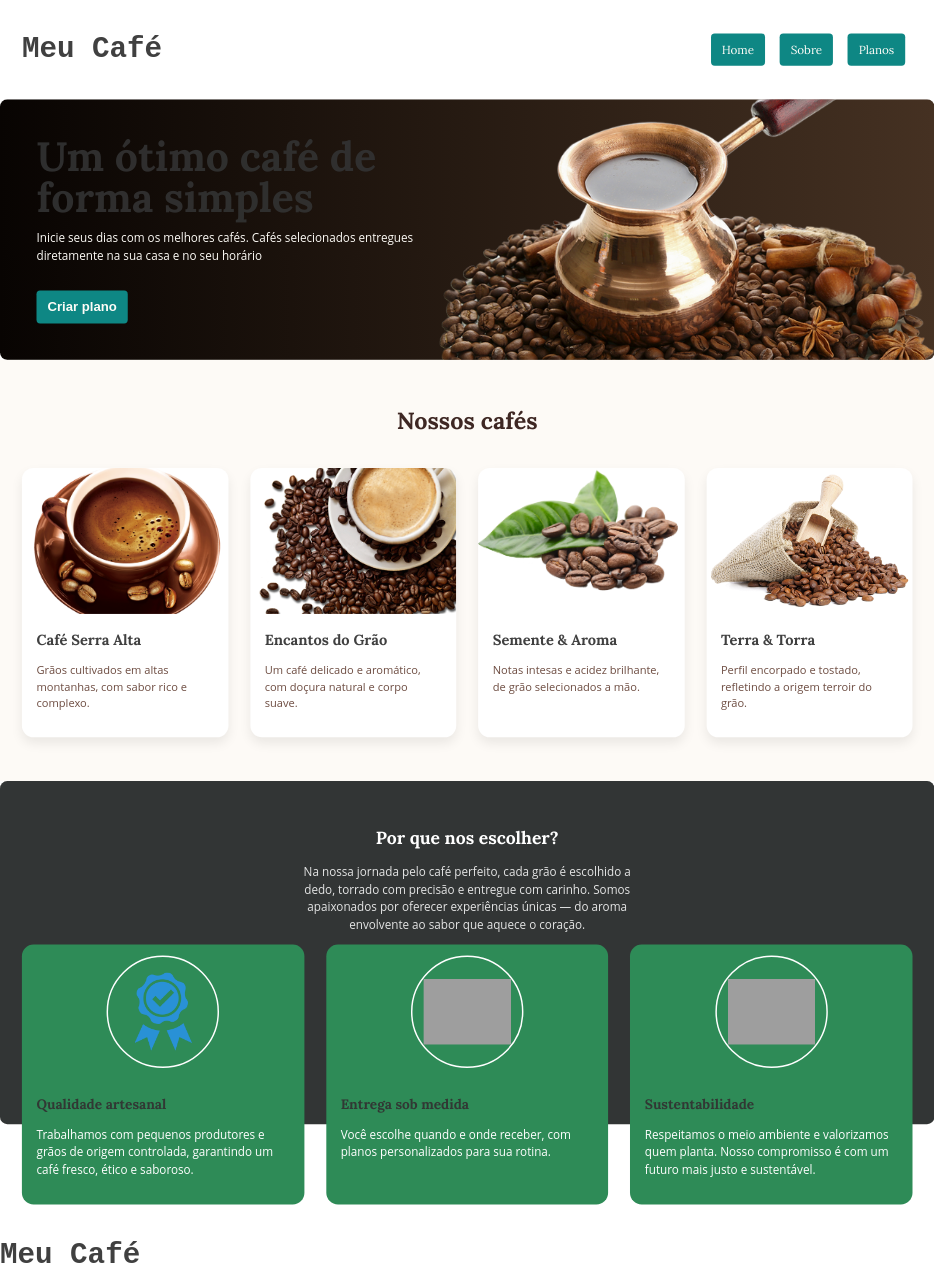
Repository: meiotera/meu_cafe.dev
Page: /
The author's editor kept a copy of each file at every save. The page is drawn from the files as they stood at one save, then again after the next save.
The browser window is 1280 px wide. The pictures show the whole page, at 73% of full size.
Pictures or frames that could not be fetched are drawn as grey boxes. The project was rebuilt for these pictures with package versions that can differ from the ones it lists, and the page was loaded fresh each time. Also part of the build but not shown: vite.config.js, src/Pages/AboutUs.jsx, src/Pages/YourPlane.jsx.

Above is the page before, as saved 2025-04-03 17:07:27.

### src/index.css
@import url('https://fonts.googleapis.com/css2?family=Lora:wght@400;700&display=swap');

:root {
  font-family: 'Lora', sans-serif;
  line-height: 1.5;
  font-weight: 400;
  box-sizing: border-box; /* Mantido */

  color: rgba(255, 255, 255, 0.87);

  font-synthesis: none;
  text-rendering: optimizeLegibility;
  -webkit-font-smoothing: antialiased;
  -moz-osx-font-smoothing: grayscale;
}

a {
  font-weight: 500;
  color: #646cff;
  text-decoration: inherit;
}
a:hover {
  color: #535bf2;
}

h1,
h2,
h3 {
  font-family: 'Lora', sans-serif;
  color: rgba(50, 49, 49, 0.93);
  margin: 0; /* Removido o margin */
}

p {
  font-family: 'Open Sans', sans-serif;
}

body {
  max-width: 1280px;
  margin: 0 auto;
}

### src/App.jsx
import React from 'react';
import { BrowserRouter, Routes, Route } from 'react-router-dom';

import Home from './Pages/Home';
import AboutUs from './Pages/AboutUs';
import YourPlane from './Pages/YourPlane';

import Header from './components/Header/Header';
import Main from './components/Main/Main';
import Footer from './components/Footer/Footer';

function App() {
  return (
    <>
      <BrowserRouter>
        <Header />

        <Main>
          <Routes>
            <Route path="/" element={<Home />} />
            <Route path="/sobre" element={<AboutUs />} />
            <Route path="planos" element={<YourPlane />} />
          </Routes>
        </Main>

        <Footer />
      </BrowserRouter>
    </>
  );
}

export default App;

### src/Pages/Home.jsx
import React from 'react';
import Banner from '../components/Banner/Banner';

import styles from './Home.module.css';
import Card from '../components/Card/Card';

const Home = () => {
  return (
    <>
      <Banner
        titulo={'Um ótimo café de forma simples'}
        imagem={'artesanal'}
        texto={
          'Inicie seus dias com os melhores cafés. Cafés selecionados entregues diretamente na sua casa e no seu horário'
        }
        botao={'Criar plano'}
      />

      <section className={styles.collection}>
        <div className={styles.titulo}>
          <h2>Nossos cafés</h2>
        </div>

        <div className={styles.collectionCards}>
          <Card
            titulo={'Café Serra Alta'}
            paragrafo={
              'Grãos cultivados em altas montanhas, com sabor rico e complexo.'
            }
            imagem={'serraalta'}
          />

          <Card
            titulo={'Encantos do Grão'}
            paragrafo={
              'Um café delicado e aromático, com doçura natural e corpo suave.'
            }
            imagem={'encantos'}
          />

          <Card
            titulo={'Semente & Aroma'}
            paragrafo={
              'Notas intesas e acidez brilhante, de grão selecionados a mão.'
            }
            imagem={'sementeearoma'}
          />

          <Card
            titulo={'Terra & Torra'}
            paragrafo={
              ' Perfil encorpado e tostado, refletindo a origem terroir do grão.'
            }
            imagem={'terraetorra'}
          />
        </div>
      </section>

      <section className={styles.porque}>
        <div className={styles.porqueCardsContainer}>
          <div className={styles.descricao}>
            <h2>Por que nos escolher?</h2>

            <p>
              Na nossa jornada pelo café perfeito, cada grão é escolhido a dedo,
              torrado com precisão e entregue com carinho. Somos apaixonados por
              oferecer experiências únicas — do aroma envolvente ao sabor que
              aquece o coração.
            </p>
          </div>
          <div className={styles.collectionCards}>
            <Card
              cardDestaque={styles.cardDestaque}
              imgClassName={styles.imgContainer}
              textoClassName={styles.textoBranco}
              circular={true}
              titulo={'Qualidade artesanal'}
              paragrafo={
                'Trabalhamos com pequenos produtores e grãos de origem controlada, garantindo um café fresco, ético e saboroso.'
              }
              imagem={'quality'}
            />

            <Card
              cardDestaque={styles.cardDestaque}
              imgClassName={styles.imgContainer}
              textoClassName={styles.textoBranco}
              circular={true}
              titulo={'Entrega sob medida'}
              paragrafo={
                'Você escolhe quando e onde receber, com planos personalizados para sua rotina.'
              }
              imagem={'delivery'}
            />

            <Card
              cardDestaque={styles.cardDestaque}
              imgClassName={styles.imgContainer}
              textoClassName={styles.textoBranco}
              circular={true}
              titulo={'Sustentabilidade'}
              paragrafo={
                'Respeitamos o meio ambiente e valorizamos quem planta. Nosso compromisso é com um futuro mais justo e sustentável.'
              }
              imagem={'natur'}
            />
          </div>
        </div>
      </section>
    </>
  );
};

export default Home;

### src/components/Header/Header.jsx
import React from 'react';

import styles from './Header.module.css';
import NavBar from '../NavBar/NavBar';
import Banner from '../Banner/Banner';

const Header = () => {
  return (
    <header className={styles.header}>
      <h1 className={styles.titulo}>Meu Café</h1>

      <NavBar />
    </header>
  );
};

export default Header;

### src/components/Main/Main.jsx
import React from 'react';

const Main = ({ children }) => {
  return <main>{children}</main>;
};

export default Main;

### src/components/Footer/Footer.jsx
import React from 'react';
import styles from './Footer.module.css';

const Footer = () => {
  return (
    <footer>
      <h1 className={styles.titulo}>Meu Café</h1>
    </footer>
  );
};

export default Footer;

### src/components/Banner/Banner.jsx
import React from 'react';

import styles from './Banner.module.css';

const Banner = ({ titulo, texto, botao }) => {
  return (
    <div className={styles.banner}>
      <div className={styles.containerText}>
        <h2>{titulo}</h2>

        <p>{texto}</p>
        {botao && <button className={styles.button}>{botao}</button>}
      </div>
    </div>
  );
};

export default Banner;

### src/Pages/Home.module.css
.collection,
.porque {
  padding: 60px 30px;
  background-color: #fdfaf6;
}

.porque {
  border-radius: 10px;
  padding: 0;
}

.porqueCardsContainer {
  background-color: rgb(50, 53, 53);
  border-radius: 10px;
  height: 350px;
  padding: 60px 30px;
}

.porque .descricao h2 {
  color: #fff;
}

.descricao {
  text-align: center;
  max-width: 450px;
  margin: 0 auto;
}

.titulo h2 {
  font-size: 2rem;
  text-align: center;
  margin-bottom: 40px;
  color: #3e2723;
}

.collectionCards {
  display: grid;
  grid-template-columns: repeat(auto-fit, minmax(200px, 1fr));
  gap: 30px;
  justify-items: center;
}

/* Estilo para ícone ou imagem circular */
.cardDestaque {
  background-color: seagreen;
  border-radius: 16px;

  color: #fdfaf6;
}

.imgContainer {
  height: 150px;
  width: 150px;
  overflow: hidden;
  display: flex;
  justify-content: center;
  align-items: center;
  border: 2px solid #fff;
  margin: 15px auto;
  border-radius: 50%;
}

.textoBranco {
  color: #fff !important;
  padding: 20px;
}

.cardDestaque .imgContainer img {
  width: 80%;
  height: 80%;
  object-fit: contain;
}

### src/components/Card/Card.jsx
import React from 'react';
import styles from './Card.module.css';
import clsx from 'clsx';

const Card = ({
  titulo,
  paragrafo,
  imagem,
  imgClassName,
  cardDestaque,
  textoClassName,
}) => {
  return (
    <div className={clsx(cardDestaque || styles.cafeCard)}>
      <div className={clsx(imgClassName || styles.imgContainer)}>
        <img src={`../../img/${imagem}.png`} alt={`${imagem}`} />
      </div>
      <div className={clsx(textoClassName || styles.texto)}>
        <h3>{titulo}</h3>
        <p>{paragrafo}</p>
      </div>
    </div>
  );
};

export default Card;

### src/components/Header/Header.module.css
.header {
  height: max-content;
  color: rgba(50, 49, 49, 0.93);

  padding: 30px;
  display: flex;
  flex-wrap: wrap;
  justify-content: center;
  align-items: center;
}

.titulo {
  font-size: 2.5em;
  font-family: 'Courier New', Courier, monospace;
  font-weight: bold;
}

@media screen and (min-width: 548px) {
  .header {
    justify-content: space-between;
  }
}

### src/components/NavBar/NavBar.jsx
import React from 'react';
import { NavLink } from 'react-router-dom';

import styles from './NavBar.module.css';

const NavBar = () => {
  return (
    <nav className={styles.navbar}>
      <ul>
        <li>
          <NavLink to={'/'}>Home</NavLink>
        </li>
        <li>
          <NavLink to={'/sobre'}>Sobre</NavLink>
        </li>
        <li>
          <NavLink to={'/planos'}> Planos</NavLink>
        </li>
      </ul>
    </nav>
  );
};
export default NavBar;

### src/components/Footer/Footer.module.css
.titulo {
  font-size: 2.5em;
  font-family: 'Courier New', Courier, monospace;
  font-weight: bold;
}

footer {
  margin-top: 150px;
}

### src/components/Banner/Banner.module.css
.banner {
  background-image: url('../../../public/img/artesanal.png'),
    linear-gradient(to left, #453122, #080402);

  background-repeat: no-repeat;
  background-position: right;
  display: flex;

  justify-content: space-between;
  align-items: center;
  padding: 30px 50px;
  border-radius: 10px;
}

.containerText {
  color: #fefcf7;
  max-width: 50%;
  padding: 20px 0;
}

.containerText h2 {
  font-size: 3.5em;
  line-height: 1;
}

.button {
  border: none;
  background-color: #0e8784;
  border-radius: 5px;
  padding: 12px 15px;
  color: #fefcf7;
  font-weight: bold;
  font-size: 18px;
  cursor: pointer;
  margin-top: 20px;
  transition: ease-in-out 0.2s;
}

.button:hover {
  background-color: #189b99;
}

@media screen and (max-width: 820px) {
  .containerText {
    max-width: 500px;
  }
}

### src/components/Card/Card.module.css
.cafeCard {
  background: #fff;
  border-radius: 16px;
  box-shadow: 0 8px 16px rgba(0, 0, 0, 0.08);
  overflow: hidden;
  max-width: 320px;
  transition: transform 0.3s ease, box-shadow 0.3s ease;
}

.cafeCard:hover {
  transform: translateY(-5px);
  box-shadow: 0 12px 24px rgba(0, 0, 0, 0.15);
}

.imgContainer {
  width: 100%;
  height: 200px;
}

.imgContainer img {
  width: 100%;
  height: 100%;
  object-fit: cover;
}

.texto {
  padding: 20px;
}

.texto h3 {
  font-size: 1.25rem;
  margin-bottom: 10px;
}

.texto p {
  font-size: 0.95rem;
  color: #6d4c41;
}

### src/components/NavBar/NavBar.module.css
.navbar ul {
  display: flex;
  padding: 0;
  justify-content: space-between;
}

.navbar li {
  list-style: none;
  margin: 10px;
}

.navbar a {
  padding: 12px 15px;
  background-color: #0e8784;
  border-radius: 5px;
  color: #fefcf7;
}

.navbar a:hover {
  background-color: #189b99;
}

Loaded but not shown: index.html (common file); src/main.jsx (common file)

After the next save:
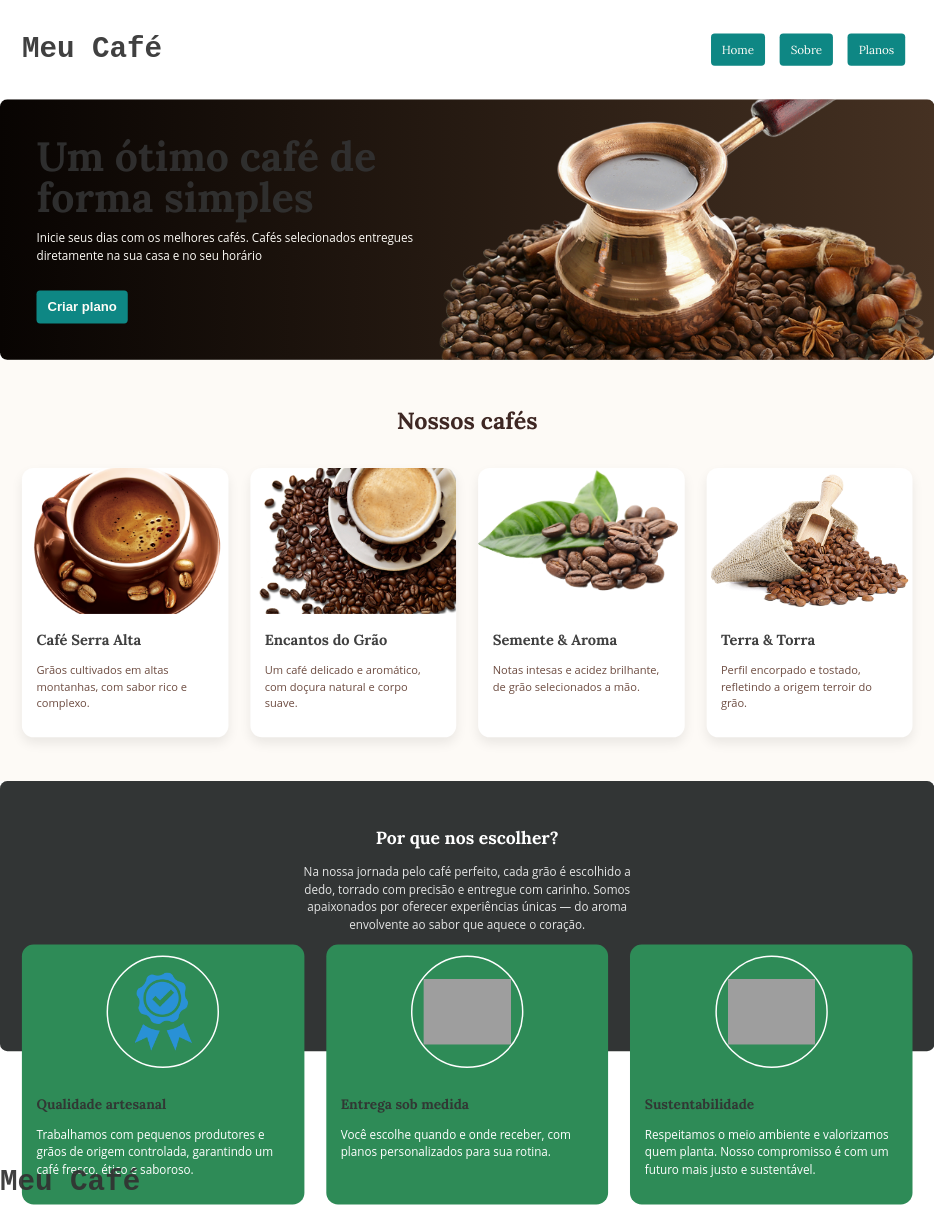
Saved 35 s later.
--- a/src/Pages/Home.module.css
+++ b/src/Pages/Home.module.css
@@ -12,7 +12,7 @@
 .porqueCardsContainer {
   background-color: rgb(50, 53, 53);
   border-radius: 10px;
-  height: 350px;
+  height: 250px;
   padding: 60px 30px;
 }
 

After the save that followed:
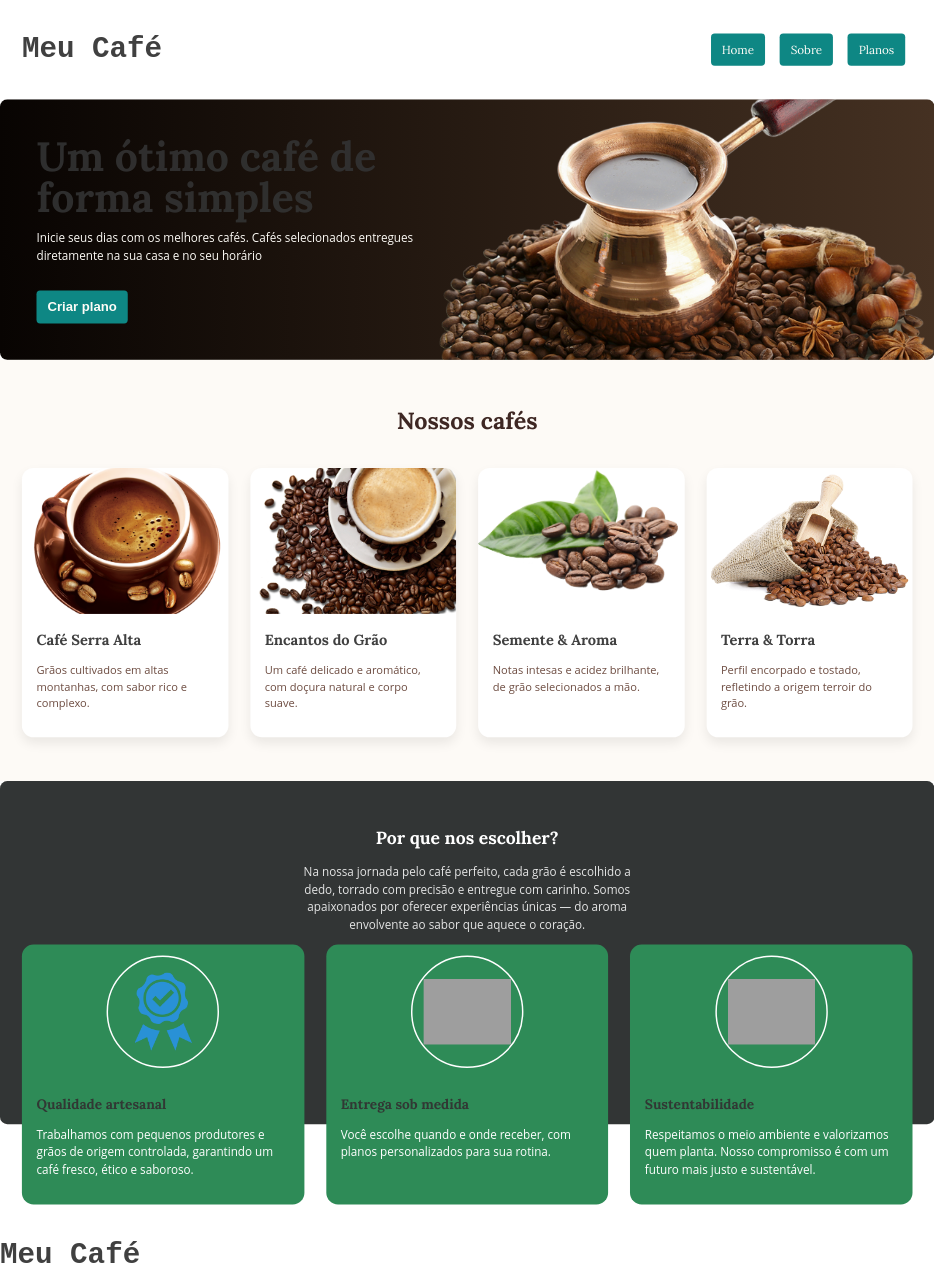
Saved 7 s later.
--- a/src/Pages/Home.module.css
+++ b/src/Pages/Home.module.css
@@ -12,7 +12,7 @@
 .porqueCardsContainer {
   background-color: rgb(50, 53, 53);
   border-radius: 10px;
-  height: 250px;
+  height: 350px;
   padding: 60px 30px;
 }
 
